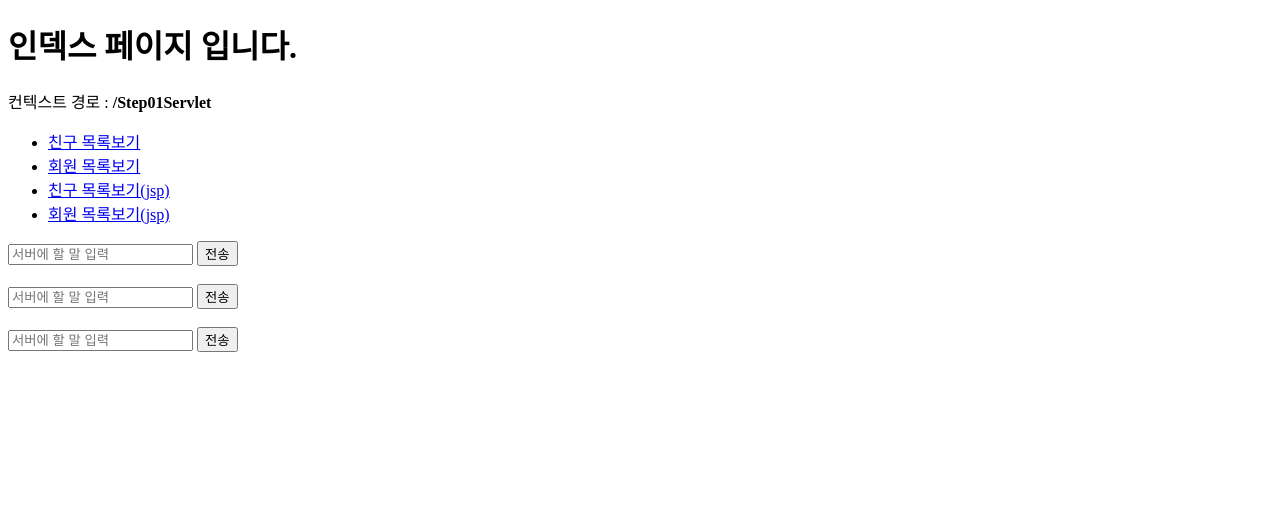
Repository: SSONGTJ/Acorn23_java
Page: http://localhost/Step01Servlet/
An editor plug-in stored every save of this project. The page is shown before and after the next save, followed by the edit.
The browser window is 1280 px wide. The pictures show the whole page.
The page is served by Tomcat 9.

Above is the page before, as saved 2023-11-21 03:36:17.

After the next save:
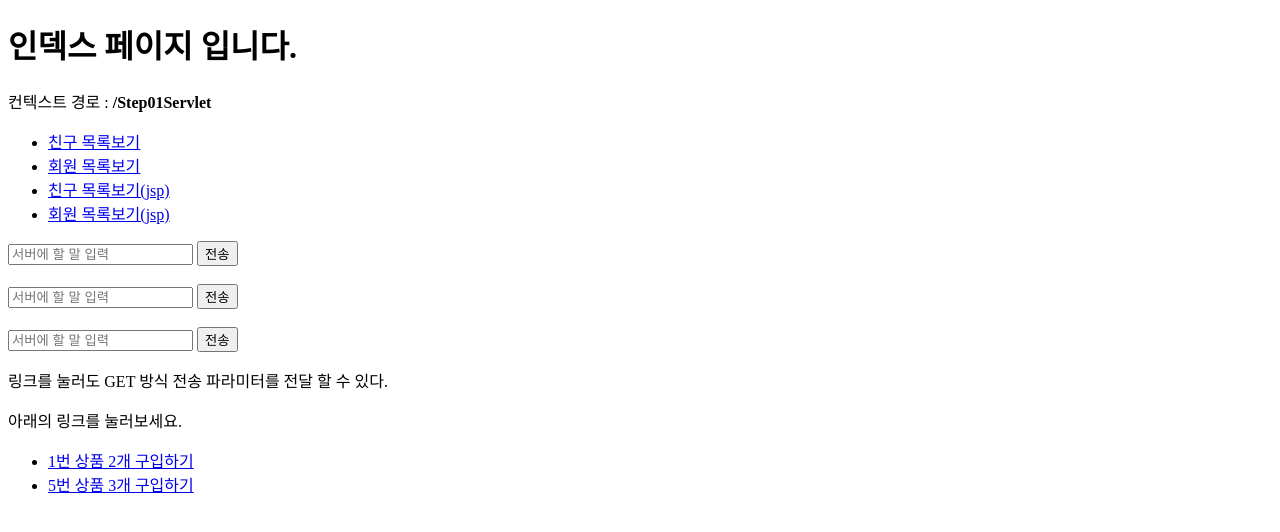
Saved 2 h 17 min later.
--- a/Step01Servlet/src/main/webapp/index.jsp
+++ b/Step01Servlet/src/main/webapp/index.jsp
@@ -32,6 +32,12 @@
 			<input type="text"name="msg" placeholder="서버에 할 말 입력" />
 			<button type="submit">전송</button>
 		</form>
+		<p>링크를 눌러도 GET 방식 전송 파라미터를 전달 할 수 있다.</p>
+		<p>아래의 링크를 눌러보세요.</p>
+		<ul>
+			<li><a href="shop/buy.jsp?num=1%amount=2">1번 상품 2개 구입하기</a></li>
+			<li><a href="shop/buy.jsp?num=5%amount=3">5번 상품 3개 구입하기</a></li>
+		</ul>
 	</div>
 </body>
 </html>
